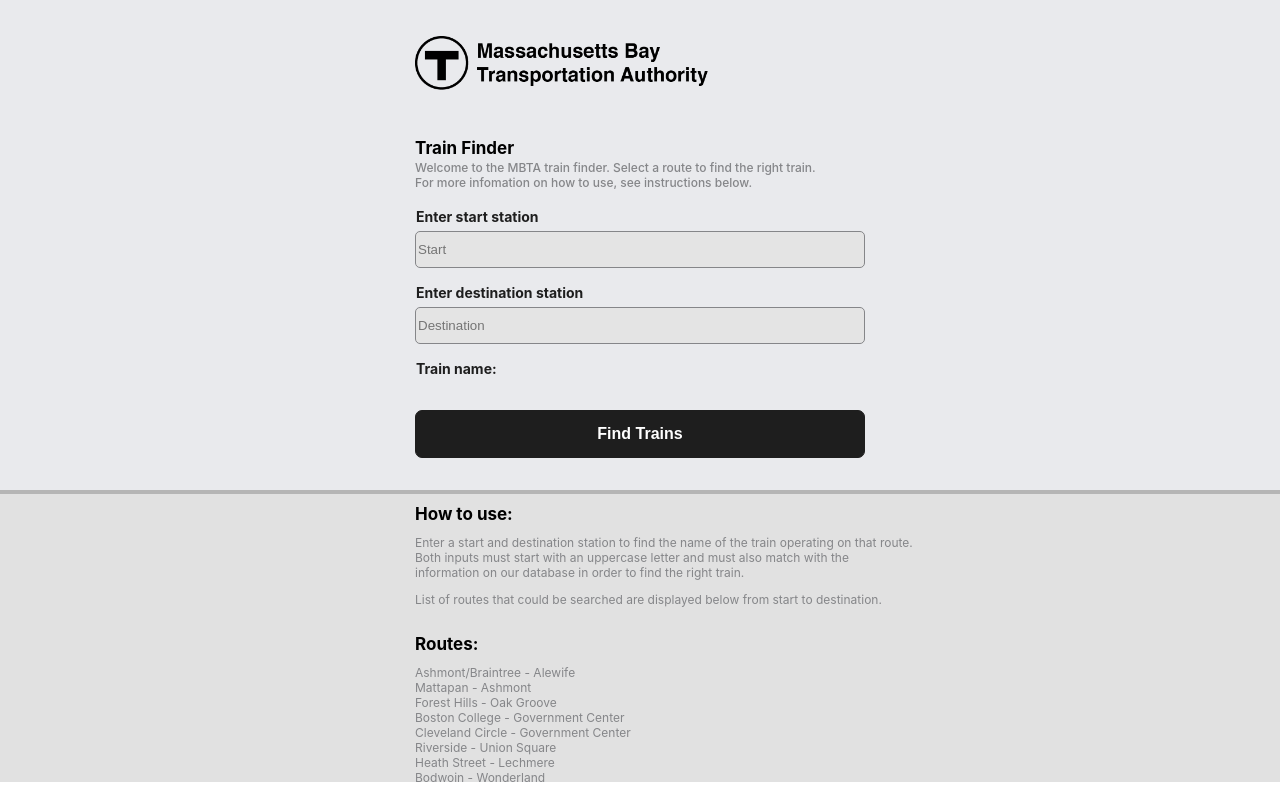
Repository: jumadesigns/mbta-train-finder
Page: / (app in mbta-app/)
The author's editor kept a copy of each file at every save. The page is drawn from the files as they stood at one save, then again after a run of saves.
The browser window is 1280 px wide. The pictures show the whole page.
The page's requests for data from a server got no answer. The project was rebuilt for these pictures with package versions that can differ from the ones it lists, and the page was loaded fresh each time. No one was signed in, and anything a server would have sent is missing.

Above is the page before, as saved 2022-09-26 22:18:19.

### mbta-app/src/index.css
body {
  margin: 0;
  font-family: -apple-system, BlinkMacSystemFont, "Segoe UI", "Roboto", "Oxygen",
    "Ubuntu", "Cantarell", "Fira Sans", "Droid Sans", "Helvetica Neue",
    sans-serif;
  -webkit-font-smoothing: antialiased;
  -moz-osx-font-smoothing: grayscale;
  height: 100vh;
}

.App {
  text-align: center;
}

.App-logo {
  margin-top: 3vh;
  max-width: 65%;
  max-height: 65%;
  margin-right: 25vh;
}

.header-title {
  text-align: left;
  margin-top: 6vh;
  font-size: 17px;
}

.header-subtitle {
  color: #858689;
  font-size: 12px;
  font-weight: 500;
  text-align: left;
  margin-top: -2vh;
}

.input-div {
  display: flex;
  flex-direction: column;
  justify-content: center;
  align-items: center;
  background-color: #e9eaed;
}

.input-container {
  margin-top: 2vh;
  height: 50vh;
  width: 450px;
  margin-bottom: 16vh;
}

.mbta-input-container {
  display: flex;
  flex-direction: column;
  justify-content: space-between;
  align-items: left;
}

.label-title {
  font-size: 14px;
  color: #1e1e1e;
  text-align: left;
  padding: 1px;
  margin: 5px;
  margin-bottom: 10px;
  margin-left: 0px;
}

.find-train-button {
  height: 48px;
  background-color: #1e1e1e;
  color: white;
  border: 1.5px solid #1e1e1e;
  border-radius: 7px;
}

.button-text {
  text-align: center;
  font-size: 16px;
  margin-top: 13px;
}

.input-bar {
  background: #e4e4e4;
  border: 1.5px solid #858689;
  border-radius: 5px;
  height: 33px;
  margin-bottom: 10px;
  margin-top: -5px;
}

.train-title {
  margin-bottom: 0vh;
}

#train-name {
  font-weight: 700;
  font-size: 20px;
  color: #1e1e1e;
  margin-bottom: 0px;
}

#train-name-not-found {
  font-size: 15px;
  font-weight: 700;
  margin-top: 0vh;
  color: red;
}

#error-message {
  margin-top: 1vh;
  color: red;
  font-size: 15px;
  font-weight: 700;
}

.bottom-container {
  position: absolute;
  bottom: 40;
  width: 100%;
  background-color: #e1e1e1;
  border-top: 4px #b5b5b5 solid;
  height: 40vh;
  display: flex;
  flex-direction: column;
  justify-content: center;
  align-items: center;
}

.bottom-center-div {
  height: 400px;
  width: 450px;
  margin-top: -10px;
  top: 40%;
  position: static;
  /*background-color: blue;*/
}

.bottom-section-title-1 {
  position: absolute;
  font-weight: 700;
  font-size: 17px;
  margin-top: 5vh;
  margin-right: 25vw;
}

.bottom-section-title-2 {
  position: absolute;
  font-weight: 700;
  font-size: 17px;
  margin-top: 2vh;
  margin-right: 25vw;
}

.bottom-section-paragraph-1 {
  font-size: 12px;
  text-align: left;
  color: #858689;
  margin-top: 9.3vh;
  width: 500px;
}

.bottom-section-paragraph-2 {
  font-size: 12px;
  text-align: left;
  color: #858689;
  margin-top: 8vh;
  width: 500px;
}

### mbta-app/src/App.js
import logo from "./logo.png";
import "./index.css";
import Input from "./Input";

/*

  My name is Victor Nite. Thank you for allowing me the opportunity to build this app.
  Although i was required to just complete the steps on the instruction, I went ahead to implement
  some additional functionalities to enhance the the user experience of the app. Here is what i added.

  1. ** Validation Checks **
  Since the name of the stops returned from the API are case sensitive and a user might not know that, I
  implemented validation check to inform the user that the first letter of each word must be case sensitive.
  I also implemented another validation to the check if the stations are not entered correctly.

  2. ** List the stations **
  I also thought a first time user might not know what to search for or how to combine
  the right stations to find a train. So i displayed a list of the stations to aide first time users.

  3. ** Interactive UI **
  I implemented an interactive UI with the official MBTA logo and their style guidelines. I also displayed
  instructions on how to use the app on the UI


  ** ISSUES I HAD **
  I was able to attempt all the steps however, i couldn't make progess with Step 2 simply because all the objects
  with the MBTA trains all returned 2 stops so there was nothing to compare them with.


  I added some comment alongside some of the code for better understanding on my thought process.

*/

function App() {
  return (
    <div className="App">
      <div className="input-div">
        <div className="input-container">
          <header className="App-header">
            <img src={logo} className="App-logo" alt="logo" />
            <h3 className="header-title">Train Finder</h3>
            <p className="header-subtitle">
              Welcome to the MBTA train finder. Select a route to find the right train. <br></br>
              For more infomation on how to use, see instructions below.
            </p>
          </header>

          <Input />
        </div>
      </div>
      <div className="bottom-container">
        <div className="bottom-center-div">
          <h3 className="bottom-section-title-1">How to use:</h3>

          <p className="bottom-section-paragraph-1">
            Enter a start and destination station to find the name of the train
            operating on that route. Both inputs must start with an uppercase
            letter and must also match with the information on our database in
            order to find the right train.
            <p>
              List of routes that could be searched are displayed below from
              start to destination.
            </p>
          </p>

          <h3 className="bottom-section-title-2">Routes:</h3>

          <p className="bottom-section-paragraph-2">
            Ashmont/Braintree - Alewife <br></br>
            Mattapan - Ashmont <br></br>
            Forest Hills - Oak Groove <br></br>
            Boston College - Government Center <br></br>
            Cleveland Circle - Government Center <br></br>
            Riverside - Union Square <br></br>
            Heath Street - Lechmere <br></br>
            Bodwoin - Wonderland <br></br>
          </p>
        </div>
      </div>
    </div>
  );
}

export default App;

### mbta-app/src/Input.js
import "./index.css";
import Axios from "axios";
import React from "react";
import { useEffect, useState } from "react";

/*

  My name is Victor Nite. Thank you for allowing me the opportunity to build this app.
  Although i was required to just complete the steps on the instruction, I went ahead to implement
  some additional functionalities to enhance the the user experience of the app. Here is what i added.

  1. ** Validation Checks **
  Since the name of the stops returned from the API are case sensitive and a user might not know that, I
  implemented validation check to inform the user that the first letter of each word must be case sensitive.
  I also implemented another validation to the check if the stations are not entered correctly.

  2. ** List the stations **
  I also thought a first time user might not know what to search for or how to combine
  the right stations to find a train. So i displayed a list of the stations to aide first time users.

  3. ** Interactive UI **
  I implemented an interactive UI with the official MBTA logo and their style guidelines. I also displayed
  instructions on how to use the app on the UI


  ** ISSUES I HAD **
  I was able to attempt all the steps however, i couldn't make progess with Step 2 simply because all the objects
  with the MBTA trains all returned 2 stops so there was nothing to compare them with.


  I added some comment alongside some of the code for better understanding on my thought process.

*/

function Input() {
  const [responseData, setResponseData] = useState([]);
  const [start, setStart] = useState("");
  const [destination, setDestination] = useState("");
  const [foundTrains, setFoundTrains] = useState("");
  const [errorText, setErrorText] = useState("");
  const [notFound, setNotFound] = useState("");

  //Makes the API call for Step 1 whenever the page loads.
  useEffect(() => {
    getData();
  }, []);

  //Checks on when there is no input.
  useEffect(() => {
    if (start === "" && destination === "") {
      setNotFound("");
      setErrorText("");
      setFoundTrains("");
    }
  }, [start, destination]);

  //Checks for inputs with the wrong answer.
  useEffect(() => {
    if (notFound !== "") {
      setFoundTrains("");
    }
  }, [notFound]);

  const handleStartChange = (event) => {
    const word = event.target.value;

    //Checks for validation to make sure first letter is uppercase. (New Feature)
    if (word.charAt(0) === word.charAt(0).toLowerCase()) {
      setErrorText(
        "*First letter must be Uppercase! Please delete and type again"
      );
    } else if (word.charAt(0) === word.charAt(0).toUpperCase()) {
      setErrorText("");
    }
    setStart(word);
  };

  const handleDestinationChange = (event) => {
    const word = event.target.value;

    //Checks for validation to make sure first letter is uppercase. (New Feature)
    if (word.charAt(0) === word.charAt(0).toLowerCase()) {
      setErrorText("First letter must be Uppercase");
    } else if (word.charAt(0) === word.charAt(0).toUpperCase()) {
      setErrorText("");
    }
    setDestination(word);
  };

  const FindTrains = () => {
    const findTrains = responseData.filter((train) => {
      return (
        train.attributes.direction_destinations.includes(start) &&
        train.attributes.direction_destinations.includes(destination)
      );
    });

    //Checks for when the search returns no data, updates the state to display a message.
    if (findTrains.length > 0) {
      const found = findTrains
        .map((train) => train.attributes.long_name)
        .join("line, ");
      setFoundTrains(found);
    } else {
      setNotFound(
        "*No train was found! Please clear all inputs and search again."
      );
    }
  };

  const getData = () => {
    /*
        Fetch the API. Using the second API link because it returns a more
        filtered list unlike the first one.
    */
    Axios.get("https://api-v3.mbta.com/routes?filter[type]=0,1").then(
      (response) => {
        //Put response in a variable
        const res = response.data;
        //console.log(res.data);

        //Map through the res variable to log to the name of trains to the console as required for Step 1.
        res.data.map((val) => console.log(val.attributes.long_name));

        //Set response to the state
        setResponseData(res.data);
      }
    );
  };

  return (
    <div className="">
      <div className="mbta-input-container">
        <h4 className="label-title">Enter start station</h4>
        <input
          className="input-bar"
          type="text"
          value={start}
          placeholder="Start"
          onChange={(e) => handleStartChange(e)}
        />
        <h4 className="label-title">Enter destination station</h4>
        <input
          className="input-bar"
          type="text"
          value={destination}
          placeholder="Destination"
          onChange={(e) => handleDestinationChange(e)}
        />
        <h4 className="label-title train-title">Train name:</h4>
        <h2 id="train-name">{foundTrains}</h2>
        <p id="train-name-not-found">{notFound}</p>

        <button onClick={FindTrains} className="find-train-button">
          <h3 className="button-text">Find Trains</h3>
        </button>

        <span id="error-message">{errorText}</span>
      </div>
    </div>
  );
}

export default Input;

Loaded but not shown: mbta-app/public/index.html (common file); mbta-app/src/index.js (common file)

After the next 2 saves:
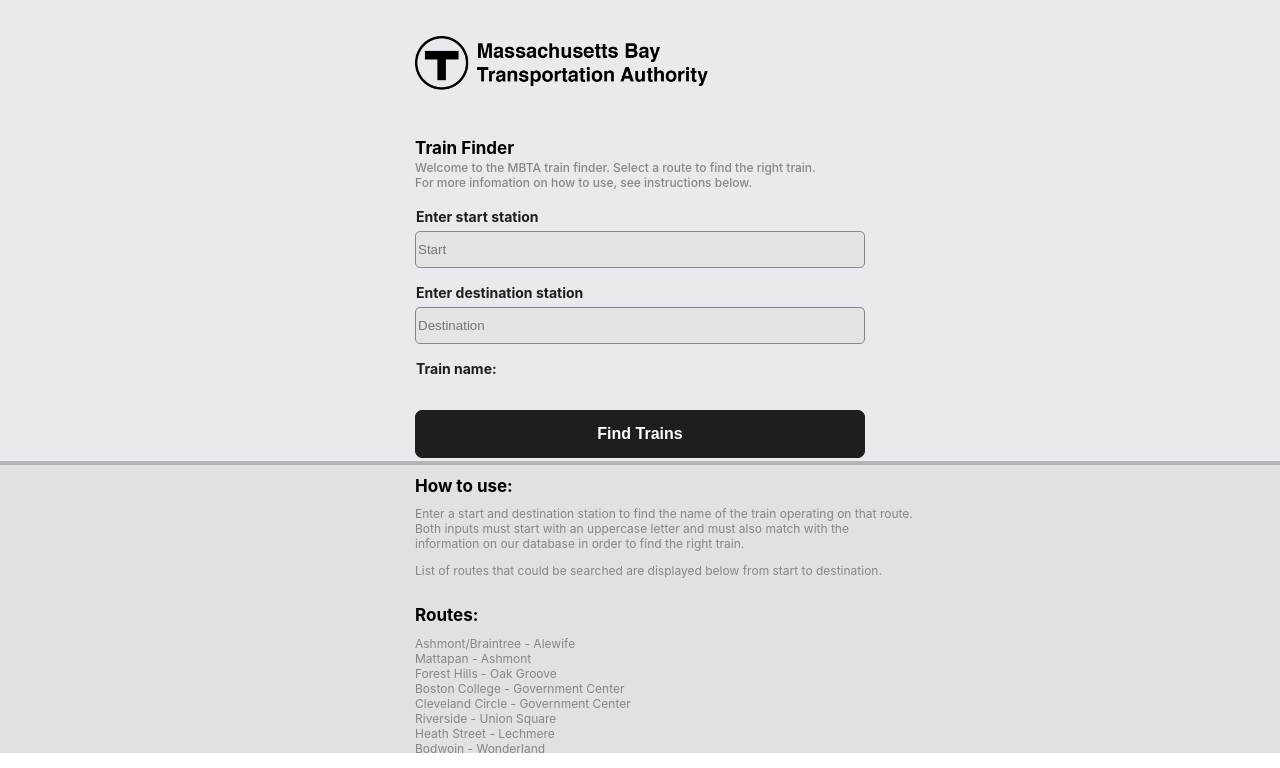
The 2 saves are shown as one change because they came seconds apart.
The last was saved 32 s later.
--- a/mbta-app/src/index.css
+++ b/mbta-app/src/index.css
@@ -45,7 +45,7 @@
   margin-top: 2vh;
   height: 50vh;
   width: 450px;
-  margin-bottom: 16vh;
+  margin-bottom: 12vh;
 }
 
 .mbta-input-container {
